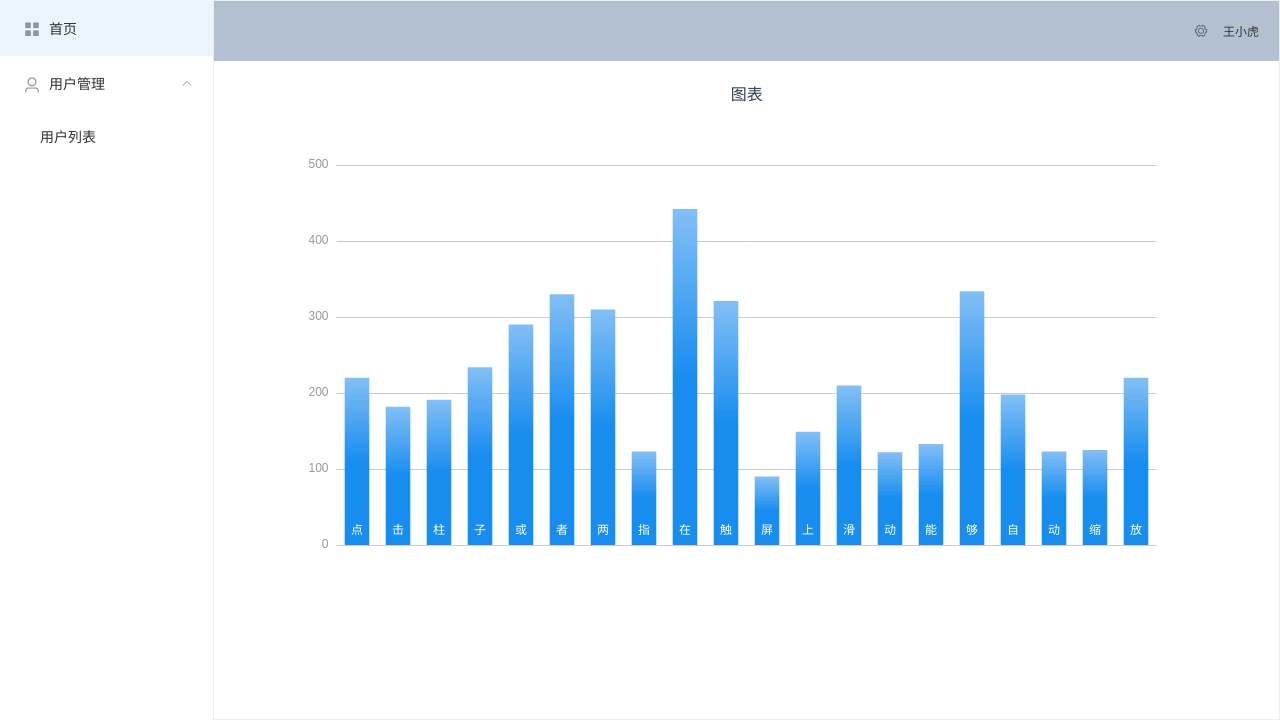
Repository: cmw520520/admin_vue
Page: /#/example/echart
These files come from the project's save history. The page is drawn as it stood at one moment and after the next save; the edit follows.
The browser window is 1280 px wide. The pictures show the whole page.
The project was rebuilt for these pictures with package versions that can differ from the ones it lists, and the page was loaded fresh each time. Also part of the build but not shown: src/page/home/Home.vue, src/page/user/UserList.vue.

Above is the page before, as saved 2019-07-01 13:23:12.

### index.html
<!DOCTYPE html>
<html>
  <head>
    <meta charset="utf-8">
    <meta name="viewport" content="width=device-width,initial-scale=1.0">
    <title>cmw</title>
  </head>
  <body>
    <div id="app"></div>
    <!-- built files will be auto injected -->
  </body>
</html>

### src/App.vue
<template>
  <div id="app">
    <!-- <img src="./assets/logo.png"> -->
    <router-view/>
  </div>
</template>

<script>
export default {
  name: 'App'
}
</script>

<style>
#app {
  font-family: 'Avenir', Helvetica, Arial, sans-serif;
  -webkit-font-smoothing: antialiased;
  -moz-osx-font-smoothing: grayscale;
  text-align: center;
  color: #2c3e50;
  width: 100%;
  height: 100%;
  /* margin-top: 60px; */
}

body, html {
  margin: 0;
  padding: 0;
  height: 100%;
  width: 100%;
}
</style>

### src/router/index.js
import Vue from 'vue'
import Router from 'vue-router'
// import HelloWorld from '@/components/HelloWorld'
import Manage from '@/page/Manage'
import Home from '@/page/home/Home'
import UserList from '@/page/user/UserList'
import Echart from '../../example/Echart'

Vue.use(Router)

export default new Router({
  routes: [
    {
      path: '/',
      name: '',
      component: Manage,
      children: [
        {
          path: '',
          component: Home,
          meta: []
        },
        {
          path: '/user/userlist',
          component: UserList,
          meta: []
        },
        {
          path: '/example/echart',
          component: Echart,
          meta: ['图表']
        }
      ]
    }
  ]
})

### src/page/Manage.vue
<template>
  <el-container style="height: 100%;">
    <el-col :span="4" style="background-color: #ffffff;overflow:hidden;">
      <el-slider></el-slider>
    </el-col>

    <el-col :span="20" style="border: 1px solid #eee;overflow: auto;overflow-scrolling: touch;">
      <el-header style="text-align: right; font-size: 12px">
        <el-dropdown>
          <i class="el-icon-setting" style="margin-right: 15px"></i>
          <el-dropdown-menu slot="dropdown">
            <el-dropdown-item>查看</el-dropdown-item>
            <el-dropdown-item>新增</el-dropdown-item>
            <el-dropdown-item>删除</el-dropdown-item>
          </el-dropdown-menu>
        </el-dropdown>
        <span>王小虎</span>
      </el-header>

      <el-main>
        <transition name="fade" mode="out-in">
            <router-view></router-view>
        </transition>
      </el-main>
    </el-col>
  </el-container>
</template>

<script>
import slider from '@/components/Slider'

export default {
  name: 'manage',
  components: {
    'el-slider': slider
  }
}
</script>

<style>
.el-header {
  background-color: #b3c0d1;
  color: #333;
  line-height: 60px;
}

.el-aside {
  color: #333;
}

.fade-enter-active, .fade-leave-active {
    transition: opacity 0.5s, transform 0.5s;
}

.fade-enter, .fade-leave-to {
    opacity: 0;
}
</style>

### example/Echart.vue
<template>
  <el-row>
    <el-col>图表</el-col>
    <el-col>
        <div id="main" style="height:500px;"></div>
    </el-col>
  </el-row>
</template>

<script>
import echarts from "echarts/lib/echarts";
// 引入柱状图
import "echarts/lib/chart/bar";

export default {
  name: "echart",
  data() {
    return {
      chartBar: null
    }
  },
  mounted() {
    // 初始化图表
    this.chartInit();
  },
  methods: {
      chartInit () {
        this.chartBar = echarts.init(document.getElementById("main"));
        this.chartBar.setOption({
          xAxis: {
            data:  ['点', '击', '柱', '子', '或', '者', '两', '指', '在', '触', '屏', '上', '滑', '动', '能', '够', '自', '动', '缩', '放'],
            axisLabel: {
                inside: true,
                textStyle: {
                    color: '#fff'
                }
            },
            axisTick: {
                show: false
            },
            axisLine: {
                show: false
            },
            z: 10
            },
          yAxis: {
            axisLine: {
                show: false
            },
            axisTick: {
                show: false
            },
            axisLabel: {
                textStyle: {
                    color: '#999'
                }
            }
          },
          dataZoom: [
            {
                type: 'inside'
            }
          ],
          series: [
            { // For shadow
                type: 'bar',
                itemStyle: {
                    normal: {color: 'rgba(0,0,0,0.05)'}
                },
                barGap:'-100%',
                barCategoryGap:'40%',
                data: [],
                animation: false
            },
            {
                type: 'bar',
                itemStyle: {
                    normal: {
                        color: new echarts.graphic.LinearGradient(
                            0, 0, 0, 1,
                            [
                                {offset: 0, color: '#83bff6'},
                                {offset: 0.5, color: '#188df0'},
                                {offset: 1, color: '#188df0'}
                            ]
                        )
                    },
                    emphasis: {
                        color: new echarts.graphic.LinearGradient(
                            0, 0, 0, 1,
                            [
                                {offset: 0, color: '#2378f7'},
                                {offset: 0.7, color: '#2378f7'},
                                {offset: 1, color: '#83bff6'}
                            ]
                        )
                    }
                },
                data: [220, 182, 191, 234, 290, 330, 310, 123, 442, 321, 90, 149, 210, 122, 133, 334, 198, 123, 125, 220]
            }
          ]
        });
      }
  }
}
</script>

<style>
</style>

### src/components/Slider.vue
<template>
  <el-menu :default-openeds="['1', '3']" style="border:none;text-align:left;" router>
    <label v-for="(item, index) in navMenu" :key="index">
      <el-menu-item v-if="item.isHeader" :index="item.component">
        <i :class=item.icon></i>
        <span slot="title">{{ item.name }}</span>
      </el-menu-item>

      <el-submenu v-else :index="String(index)">
        <template slot="title">
          <i :class=item.icon></i>{{ item.name }}
        </template>
        <el-menu-item v-for="(item2, index2) in item.children" :key="index2" :index="item2.component">{{ item2.name }}</el-menu-item>
      </el-submenu>
    </label>
  </el-menu>
</template>

<script>
export default {
  name: 'slider',
  data () {
    return {
      navMenu: [
        {
          isHeader: true,
          name: '首页',
          icon: 'el-icon-menu',
          component: '/'
        },
        {
          name: '用户管理',
          icon: 'el-icon-user',
          children: [
            {
              name: '用户列表',
              component: '/user/userlist'
            }
          ]
        }
      ]
    }
  }
}
</script>

<style>
</style>

Loaded but not shown: src/main.js (common file)

After the next save:
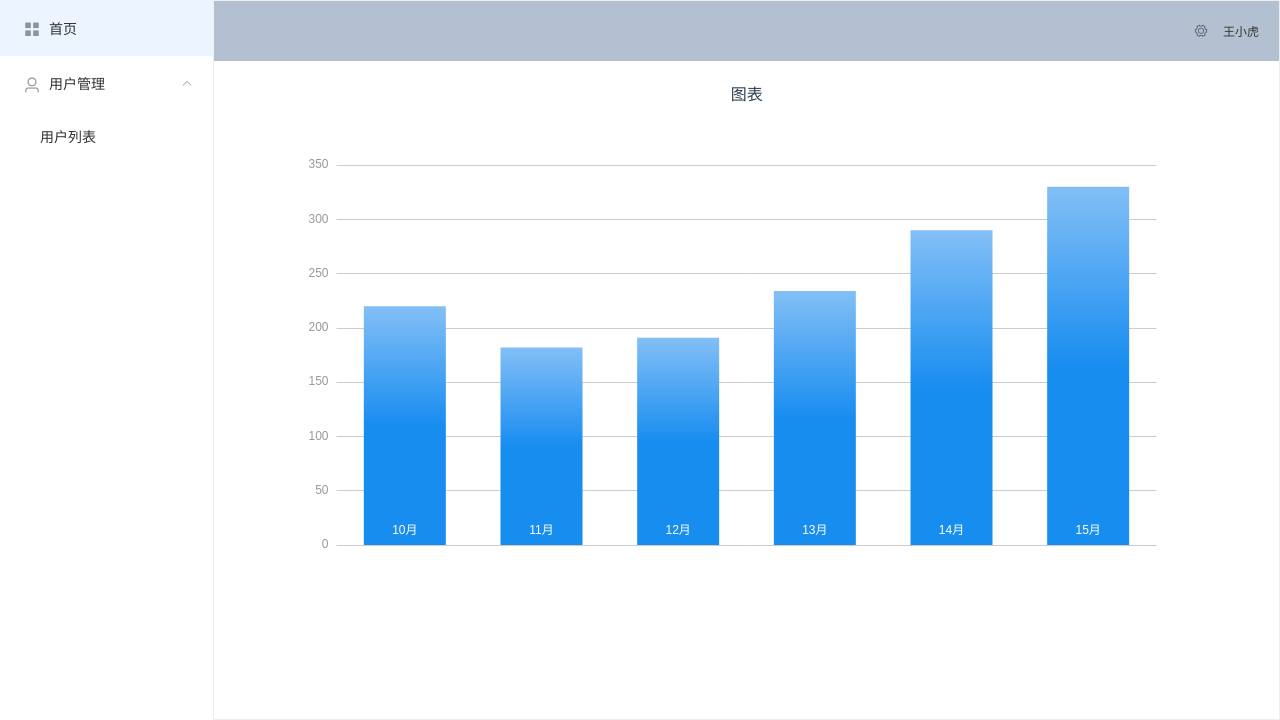
Saved 79 s later.
--- a/example/Echart.vue
+++ b/example/Echart.vue
@@ -28,7 +28,7 @@ export default {
         this.chartBar = echarts.init(document.getElementById("main"));
         this.chartBar.setOption({
           xAxis: {
-            data:  ['点', '击', '柱', '子', '或', '者', '两', '指', '在', '触', '屏', '上', '滑', '动', '能', '够', '自', '动', '缩', '放'],
+            data:  ['10月', '11月', '12月', '13月', '14月', '15月'],
             axisLabel: {
                 inside: true,
                 textStyle: {
@@ -96,7 +96,7 @@ export default {
                         )
                     }
                 },
-                data: [220, 182, 191, 234, 290, 330, 310, 123, 442, 321, 90, 149, 210, 122, 133, 334, 198, 123, 125, 220]
+                data: [220, 182, 191, 234, 290, 330]
             }
           ]
         });
